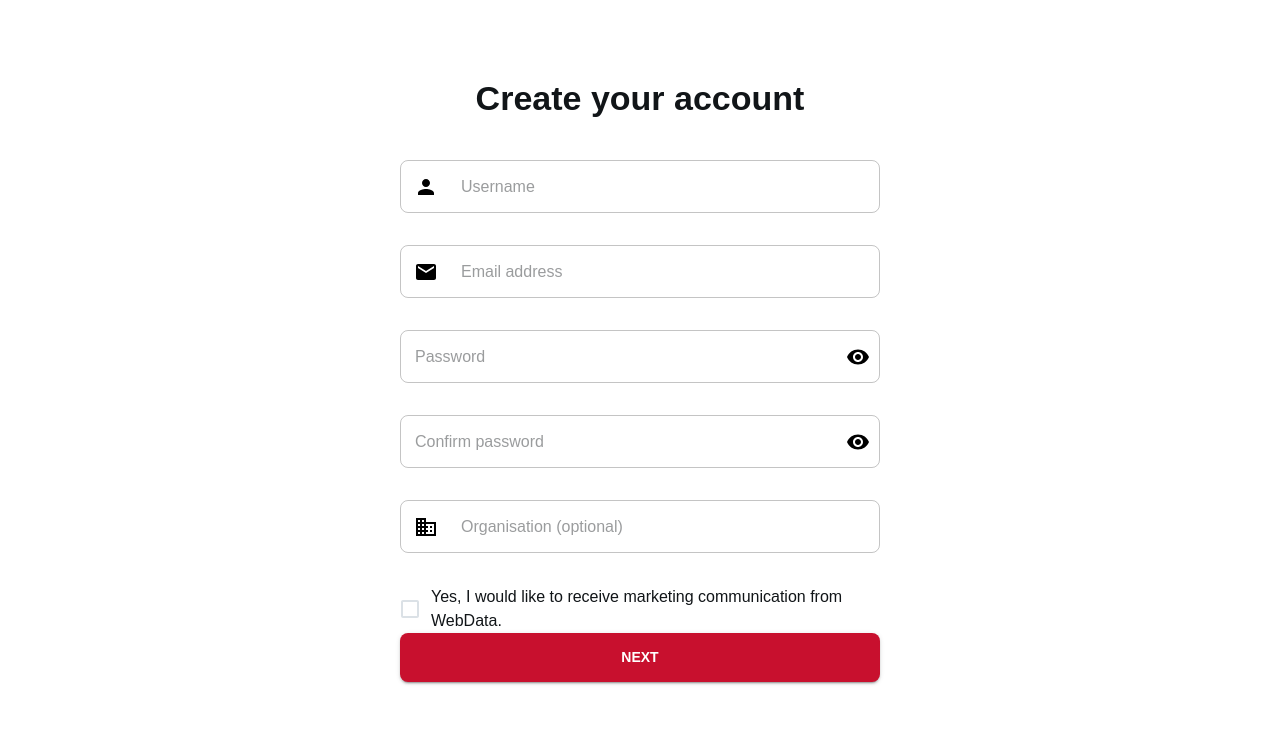
Repository: Pascal-Ahmadu/Tender-download-system
Page: /register (app in frontend/)
These files come from the project's save history. The page is drawn as it stood at one moment and after the next save; the edit follows.
The browser window is 1280 px wide. The pictures show the whole page.
The page's requests for data from a server got no answer. Some web fonts or font styles are not loaded; a fallback is used. The project was rebuilt for these pictures with package versions that can differ from the ones it lists, and the page was loaded fresh each time. No one was signed in, and anything a server would have sent is missing. Also part of the build but not shown: frontend/vite.config.js, frontend/src/components/pages/LoginPage.jsx.

Above is the page before, as saved 2024-07-31 08:55:06.

### frontend/index.html
<!DOCTYPE html>
<html lang="en">
  <head>
    <meta charset="UTF-8" />
    <link rel="icon" type="image/svg+xml" href="/vite.svg" />
    <link
      href="https://fonts.googleapis.com/css2?family=Bento:wght@400;700&display=swap"
      rel="stylesheet"
    />

    <meta name="viewport" content="width=device-width, initial-scale=1.0" />
    <title>Vite + React</title>
  </head>
  <body>
    <div id="root"></div>
    <script type="module" src="/src/main.jsx"></script>
  </body>
</html>

### frontend/src/main.jsx
import React from "react";
import ReactDOM from "react-dom/client";
import App from "./App.jsx";
import "./index.css";
import { AuthProvider } from "./components/contexts/AuthContext.jsx";

ReactDOM.createRoot(document.getElementById("root")).render(
  <React.StrictMode>
    <AuthProvider>
      <App />
    </AuthProvider>
  </React.StrictMode>
);

### frontend/src/App.jsx
import React from "react";
import { BrowserRouter as Router, Routes, Route } from "react-router-dom";
import LoginPage from "./components/pages/LoginPage";
import RegistrationForm from "./components/pages/RegistrationPage";
import { createTheme, ThemeProvider } from "@mui/material/styles";

// Create a theme instance
const theme = createTheme({
  typography: {
    fontFamily: "Bento, sans-serif",
  },
});

const app = () => {
  return (
    <ThemeProvider theme={theme}>
      <Router>
        <Routes>
          <Route path="/" element={<LoginPage />} />
          <Route path="/register" element={<RegistrationForm />} />
        </Routes>
      </Router>
    </ThemeProvider>
  );
};

export default app;

### frontend/src/index.css
:root {
  font-family: "Bento", sans-serif;

  line-height: 1.5;
  font-weight: 400;

  color-scheme: white;
  color: rgba(255, 255, 255, 0.87);
  background-color: white;

  font-synthesis: none;
  text-rendering: optimizeLegibility;
  -webkit-font-smoothing: antialiased;
  -moz-osx-font-smoothing: grayscale;
}

body {
  font-family: "Merriweather", serif;
}

a {
  font-weight: 500;
  color: #646cff;
  text-decoration: inherit;
}
a:hover {
  color: #535bf2;
}

h1 {
  font-size: 3.2em;
  line-height: 1.1;
}

button {
  border-radius: 8px;
  border: 1px solid transparent;
  padding: 0.6em 1.2em;
  font-size: 1em;
  font-weight: 500;
  font-family: inherit;
  background-color: #1a1a1a;
  cursor: pointer;
  transition: border-color 0.25s;
}
button:hover {
  border-color: #646cff;
}
button:focus,
button:focus-visible {
  outline: 4px auto -webkit-focus-ring-color;
}

@media (prefers-color-scheme: light) {
  :root {
    color: #213547;
    background-color: #ffffff;
  }
  a:hover {
    color: #747bff;
  }
  button {
    background-color: #f9f9f9;
  }
}

### frontend/src/components/contexts/AuthContext.jsx
import React, { createContext, useState, useEffect, useContext } from "react";
import axios from "axios";

const API_BASE_URL = "http://localhost:5000";

axios.defaults.baseURL = API_BASE_URL;

const AuthContext = createContext();

const AuthProvider = ({ children }) => {
  const [user, setUser] = useState(null);

  // Fetch user on app load
  useEffect(() => {
    const fetchUser = async () => {
      try {
        const res = await axios.get("/api/auth/current", {
          withCredentials: true,
        });
        setUser(res.data.user);
      } catch (err) {
        console.error(err.response ? err.response.data.msg : err.message);
      }
    };

    fetchUser();
  }, []);

  const register = async (email, password) => {
    try {
      await axios.post(
        "/api/auth/register",
        { email, password },
        { withCredentials: true }
      );
      // Optionally fetch user data if needed
    } catch (err) {
      throw new Error(err.response ? err.response.data.msg : err.message);
    }
  };

  const login = async (email, password) => {
    try {
      await axios.post(
        "/api/auth/login",
        { email, password },
        { withCredentials: true }
      );
      const res = await axios.get("/api/auth/current", {
        withCredentials: true,
      });
      setUser(res.data.user);
    } catch (err) {
      throw new Error(err.response ? err.response.data.msg : err.message);
    }
  };

  const logout = async () => {
    try {
      await axios.post("/api/auth/logout", {}, { withCredentials: true });
      setUser(null);
    } catch (err) {
      console.error(err.response ? err.response.data.msg : err.message);
    }
  };

  return (
    <AuthContext.Provider value={{ user, register, login, logout }}>
      {children}
    </AuthContext.Provider>
  );
};

// Custom hook to use the AuthContext
const useAuth = () => {
  const context = useContext(AuthContext);
  if (context === undefined) {
    throw new Error("useAuth must be used within an AuthProvider");
  }
  return context;
};

export { AuthProvider, useAuth };

### frontend/src/components/pages/RegistrationPage.jsx
import React, { useState, useEffect } from "react";
import {
  TextField,
  Button,
  Box,
  Typography,
  Checkbox,
  FormControlLabel,
  InputAdornment,
  IconButton,
  LinearProgress,
  FormHelperText,
} from "@mui/material";
import {
  Visibility,
  VisibilityOff,
  Person,
  Email,
  Business,
} from "@mui/icons-material";

function SignupForm() {
  const [showPassword, setShowPassword] = useState(false);
  const [password, setPassword] = useState("");
  const [confirmPassword, setConfirmPassword] = useState("");
  const [passwordStrength, setPasswordStrength] = useState(0);
  const [passwordEntered, setPasswordEntered] = useState(false);
  const [passwordValid, setPasswordValid] = useState({
    length: false,
    uppercase: false,
    lowercase: false,
    symbol: false,
  });
  const [showRequirements, setShowRequirements] = useState(false);
  const [typingTimeout, setTypingTimeout] = useState(null);

  const handleClickShowPassword = () => setShowPassword(!showPassword);

  const handlePasswordChange = (event) => {
    const password = event.target.value;
    setPassword(password);
    setPasswordEntered(true);
    setShowRequirements(true);

    // Check password validity
    const lengthValid = password.length >= 8 && password.length <= 16;
    const uppercaseValid = /[A-Z]/.test(password);
    const lowercaseValid = /[a-z]/.test(password);
    const symbolValid = /[!@#$%^&*(),.?":{}|<>]/.test(password);

    setPasswordValid({
      length: lengthValid,
      uppercase: uppercaseValid,
      lowercase: lowercaseValid,
      symbol: symbolValid,
    });

    // Calculate strength
    setPasswordStrength(
      (lengthValid + uppercaseValid + lowercaseValid + symbolValid) * 25
    );

    // Clear previous timeout
    if (typingTimeout) clearTimeout(typingTimeout);

    // Set a new timeout
    setTypingTimeout(
      setTimeout(() => {
        setShowRequirements(false);
      }, 2000)
    ); // Hide after 2 seconds of inactivity
  };

  const handleConfirmPasswordChange = (event) => {
    setConfirmPassword(event.target.value);
  };

  const getStrengthColor = () => {
    if (passwordStrength <= 33) return "#f44336"; // Red for weak
    if (passwordStrength <= 66) return "#ff9800"; // Orange for medium
    return "#4caf50"; // Green for strong
  };

  const passwordsMatch = password === confirmPassword;

  useEffect(() => {
    // Cleanup on component unmount
    return () => {
      if (typingTimeout) clearTimeout(typingTimeout);
    };
  }, [typingTimeout]);

  return (
    <Box
      sx={{
        display: "flex",
        flexDirection: "column",
        minHeight: "100vh",
        backgroundColor: "white",
        overflow: "hidden",
      }}
    >
      <Box
        sx={{
          display: "flex",
          flexDirection: "column",
          flex: 1,
          justifyContent: "center",
          alignItems: "center",
          px: 2,
          py: 4,
        }}
      >
        <Box
          sx={{
            display: "flex",
            flexDirection: "column",
            width: "100%",
            maxWidth: "480px",
            boxSizing: "border-box",
          }}
        >
          <Typography
            variant="h4"
            sx={{
              fontWeight: "bold",
              textAlign: "center",
              color: "#111518",
              py: 3,
            }}
          >
            Create your account
          </Typography>
          <TextField
            placeholder="Username"
            fullWidth
            margin="normal"
            InputProps={{
              startAdornment: (
                <InputAdornment position="start">
                  <Person sx={{ color: "black" }} />
                </InputAdornment>
              ),
            }}
            sx={{
              "& .MuiOutlinedInput-root": {
                borderRadius: 2,
                borderColor: "#dbe1e6",
              },
              "& .MuiInputBase-input": {
                color: "#111518",
                p: "15px",
                fontSize: "1rem",
              },
              mb: 2,
            }}
          />
          <TextField
            placeholder="Email address"
            fullWidth
            margin="normal"
            InputProps={{
              startAdornment: (
                <InputAdornment position="start">
                  <Email sx={{ color: "black" }} />
                </InputAdornment>
              ),
            }}
            sx={{
              "& .MuiOutlinedInput-root": {
                borderRadius: 2,
                borderColor: "#dbe1e6",
              },
              "& .MuiInputBase-input": {
                color: "#111518",
                p: "15px",
                fontSize: "1rem",
              },
              mb: 2,
            }}
          />
          <TextField
            placeholder="Password"
            fullWidth
            type={showPassword ? "text" : "password"}
            onChange={handlePasswordChange}
            onFocus={() => setPasswordEntered(true)}
            margin="normal"
            InputProps={{
              endAdornment: (
                <InputAdornment position="end">
                  <IconButton onClick={handleClickShowPassword} edge="end">
                    {showPassword ? (
                      <VisibilityOff sx={{ color: "black" }} />
                    ) : (
                      <Visibility sx={{ color: "black" }} />
                    )}
                  </IconButton>
                </InputAdornment>
              ),
            }}
            sx={{
              "& .MuiOutlinedInput-root": {
                borderRadius: 2,
                borderColor: "#dbe1e6",
              },
              "& .MuiInputBase-input": {
                color: "#111518",
                p: "15px",
                fontSize: "1rem",
              },
              mb: 2,
            }}
          />
          {passwordEntered && showRequirements && (
            <Box sx={{ mb: 2 }}>
              <Typography variant="body2" sx={{ color: "#60778a", py: 1 }}>
                Password strength
              </Typography>
              <LinearProgress
                variant="determinate"
                value={passwordStrength}
                sx={{
                  height: 8,
                  borderRadius: 2,
                  backgroundColor: "#e0e0e0",
                  "& .MuiLinearProgress-bar": {
                    borderRadius: 2,
                    backgroundColor: getStrengthColor(),
                  },
                }}
              />
              <FormHelperText
                sx={{
                  color: "#60778a",
                  pt: 1,
                }}
              >
                <ul>
                  <li
                    style={{
                      color: passwordValid.length ? "#4caf50" : "#f44336",
                    }}
                  >
                    {passwordValid.length
                      ? "✔ Length between 8 and 16 characters"
                      : "✘ Length between 8 and 16 characters"}
                  </li>
                  <li
                    style={{
                      color: passwordValid.uppercase ? "#4caf50" : "#f44336",
                    }}
                  >
                    {passwordValid.uppercase
                      ? "✔ At least one uppercase letter"
                      : "✘ At least one uppercase letter"}
                  </li>
                  <li
                    style={{
                      color: passwordValid.lowercase ? "#4caf50" : "#f44336",
                    }}
                  >
                    {passwordValid.lowercase
                      ? "✔ At least one lowercase letter"
                      : "✘ At least one lowercase letter"}
                  </li>
                  <li
                    style={{
                      color: passwordValid.symbol ? "#4caf50" : "#f44336",
                    }}
                  >
                    {passwordValid.symbol
                      ? "✔ At least one symbol"
                      : "✘ At least one symbol"}
                  </li>
                </ul>
              </FormHelperText>
            </Box>
          )}
          <TextField
            placeholder="Confirm password"
            fullWidth
            type={showPassword ? "text" : "password"}
            onChange={handleConfirmPasswordChange}
            margin="normal"
            InputProps={{
              endAdornment: (
                <InputAdornment position="end">
                  <IconButton onClick={handleClickShowPassword} edge="end">
                    {showPassword ? (
                      <VisibilityOff sx={{ color: "black" }} />
                    ) : (
                      <Visibility sx={{ color: "black" }} />
                    )}
                  </IconButton>
                </InputAdornment>
              ),
            }}
            sx={{
              "& .MuiOutlinedInput-root": {
                borderRadius: 2,
                borderColor: "#dbe1e6",
              },
              "& .MuiInputBase-input": {
                color: "#111518",
                p: "15px",
                fontSize: "1rem",
              },
              mb: 2,
            }}
          />
          {!passwordsMatch && confirmPassword.length > 0 && (
            <FormHelperText sx={{ color: "#f44336" }}>
              Passwords do not match
            </FormHelperText>
          )}
          <TextField
            placeholder="Organisation (optional)"
            fullWidth
            margin="normal"
            InputProps={{
              startAdornment: (
                <InputAdornment position="start">
                  <Business sx={{ color: "black" }} />
                </InputAdornment>
              ),
            }}
            sx={{
              "& .MuiOutlinedInput-root": {
                borderRadius: 2,
                borderColor: "#dbe1e6",
              },
              "& .MuiInputBase-input": {
                color: "#111518",
                p: "15px",
                fontSize: "1rem",
              },
              mb: 2,
            }}
          />
          <FormControlLabel
            control={
              <Checkbox
                sx={{
                  color: "#dbe1e6",
                  "&.Mui-checked": {
                    color: "#2094f3",
                  },
                }}
              />
            }
            label="Yes, I would like to receive marketing communication from WebData."
            sx={{ color: "#111518", mt: 2 }}
          />
          <Button
            variant="contained"
            fullWidth
            sx={{
              bgcolor: "#c8102e",
              color: "white",
              fontWeight: "bold",
              borderRadius: 2, // Border radius for the button
              py: 1.5,
              width: "100%",
              boxSizing: "border-box",
              "&:hover": {
                bgcolor: "#a50f1d",
              },
            }}
          >
            Next
          </Button>
        </Box>
      </Box>
    </Box>
  );
}

export default SignupForm;

After the next save:
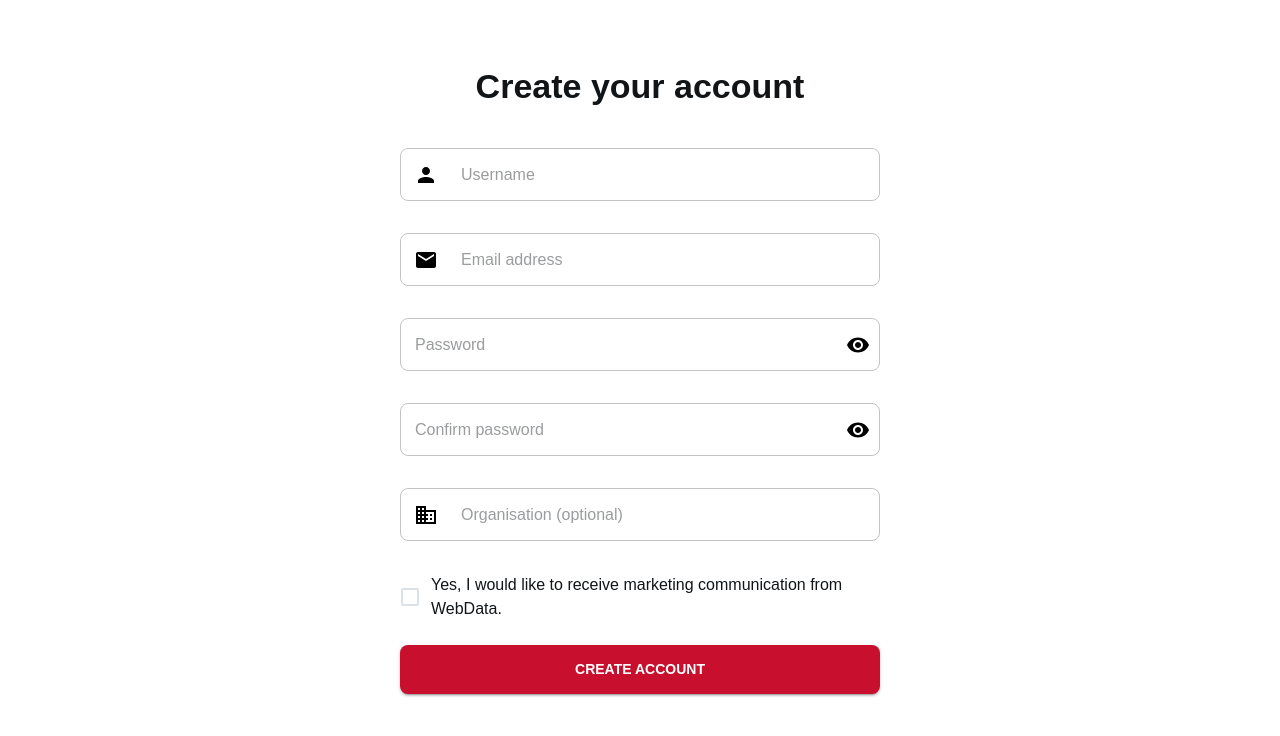
Saved 29 s later.
--- a/frontend/src/components/pages/RegistrationPage.jsx
+++ b/frontend/src/components/pages/RegistrationPage.jsx
@@ -354,21 +354,22 @@ function SignupForm() {
           />
           <Button
             variant="contained"
-            fullWidth
-            sx={{
-              bgcolor: "#c8102e",
+            fullWidth // Make the button span the width of its container
+            sx={{
+              bgcolor: "#c8102e", // Button color
               color: "white",
               fontWeight: "bold",
-              borderRadius: 2, // Border radius for the button
-              py: 1.5,
-              width: "100%",
-              boxSizing: "border-box",
+              borderRadius: 2,
+              py: 1.5, // Adjust vertical padding for height
+              mt: 3, // Add margin-top to push the button down
+              width: "100%", // Ensure button width is 100% of container width
+              boxSizing: "border-box", // Ensure padding is included in width
               "&:hover": {
-                bgcolor: "#a50f1d",
+                bgcolor: "#a50f1d", // Slightly darker on hover
               },
             }}
           >
-            Next
+            Create Account
           </Button>
         </Box>
       </Box>
